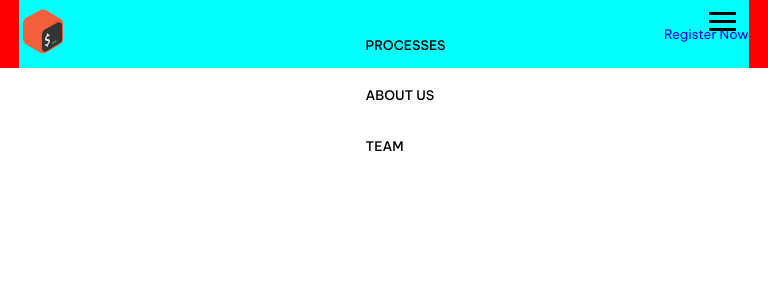
Repository: Esraa22M/Banking_Site
Page: index.html
These files come from the project's save history. The page is drawn as it stood at one moment and after the next save; the edit follows.
The browser window is 768 px wide. The pictures show the whole page.

Above is the page before, as saved 2022-10-30 18:07:50.

### index.html
<!DOCTYPE html>
<html lang="en">

<head>
    <meta charset="UTF-8">
    <meta http-equiv="X-UA-Compatible" content="IE=edge">
    <meta name="viewport" content="width=device-width, initial-scale=1.0">
    <title>Document</title>
    <!-- font family link -->
    <link rel="preconnect" href="https://fonts.googleapis.com">
    <link rel="preconnect" href="https://fonts.gstatic.com" crossorigin>
    <link href="https://fonts.googleapis.com/css2?family=Be+Vietnam+Pro:wght@400;500;700&display=swap" rel="stylesheet">
    <!-- external style sheet link -->
    <link rel="stylesheet" href="style.css">
</head>

<body>
    <header>
        <div class="navgation__wrapper container"> <a href="#"><img src="./images/logo.svg" /></a>
            <button class="humberger__button_toggle--container" aria-expanded="false"
                aria-controls="controls the navigation menu's open and closing">
                <span class="sr-only">Nagivation menu</span>
                <span class="button__close" aria-hidden="true">x</span>
                <span class="button__open" aria-hidden="true"></span>
            </button>
            <nav class="primary__navigation">
                <ul role="list" class="primary__navigation--list">
                    <li class="primary__navigation-item">
                        <a href="#section__1" class="primary__navigation-link">processes</a>
                    </li>
                    <li class="primary__navigation-item">
                        <a href="#section__2" class="primary__navigation-link">About us</a>
                    </li>
                    <li class="primary_navigation-item">
                        <a href="#section__3" class="primary__navigation-link">Team</a>
                    </li>

                </ul>
            </nav>
            <a href="#" class="button">Register Now</a>
        </div>
    </header>
</body>

</html>

### style.css
:root {
  --clr-accent-400: hsl(12, 88%, 59%);
  --clr-accent-100: hsl(13, 100%, 96%);
  --clr-primary-400: hsl(228, 39%, 23%);
  --clr-neutral-100: hsl(232, 12%, 13%);
  --clr-neutral-900: hsl(0 0% 0%);
  --ff-primary: "Be Vietnam Pro", sans-serif;
  --fw-regular: 400;
  --fw-semi-bold: 500;
  --fw-bold: 700;
  --fs-300: 0.8125rem;
  --fs-400: 0.875rem;
  --fs-500: 0.9375rem;
  --fs-600: 1rem;
  --fs-700: 1.875rem;
  --fs-800: 2.5rem;
  --fs-900: 3.5rem;
  /* fontsize setup for mobile screen and tablet */
  --fs-body: var(--fs-400);
  --fs-primary-heading: var(--fs-800);
  --fs-secondary-heading: var(--fs-700);
  --fs-nav: var(--fs-500);
  --fs-button: var(--fs-300);
}
/* for desktop screen size */
@media (min-width: 50em) {
  :root {
    --fs-body: var(--fs-600);
    --fs-primary-heading: var(--fs-900);
    --fs-secondary-heading: var(--fs-800);
    --fs-nav: var(--fs-300);
  }
}

/* style reseting refer to kevin powell */
/* Box sizing rules */
*,
*::before,
*::after {
  box-sizing: border-box;
}

/* Remove default margin */
* {
  margin: 0;
  padding: 0;
  font: inherit;
}

/* Remove list styles on ul, ol elements with a list role, which suggests default styling will be removed */
ul[role="list"],
ol[role="list"] {
  list-style: none;
}

/* Set core root defaults */
html:focus-within {
  scroll-behavior: smooth;
}

html,
body {
  font-family: var(--ff-primary);
  height: 100%;
  line-height: 1.5;
  font-size: var(--fs-body);
}
/* utility classes */
.sr-only {
  position: absolute;
  width: 1px;
  height: 1px;
  padding: 0;
  margin: -1px;
  overflow: hidden;
  clip: rect(0, 0, 0, 0);
  border: 0;
}
.container {
  /* content width setup */
  --max-width: 1120px;
  --margin: 5%;
  width: min(var(--max-width), 100% - var(--margin));
  margin-inline: auto;
}

/* navigation style */

header {
  position: relative;
  background-color: red;
}
.navgation__wrapper {
  display: flex;
  align-items: center;
  padding: 0.5em 0;
  justify-content: space-between;
  background-color: aqua;
  font-size: var(--fs-nav);
  line-height: 1.6rem;
  position: relative;
}
.primary__navigation--list {
  display: flex;
  gap: 2rem;
  flex-direction: column;
}
.navgation__wrapper a {
  text-decoration: none;
}
.primary__navigation-link {
  text-transform: uppercase;
  color: var(--clr-neutral-900);
  font-weight: var(--fw-semi-bold);
}
.primary__navigation-link:hover,
.primary__navigation-link:focus-within {
  color: var(--clr-primary-400);
}
/* humberger button and close humberger button style */

.humberger__button_toggle--container {
  position: absolute;
  top: 1.5em;
  background-color: transparent;
  border: none;
  outline: none;
  right: 1em;
}
.button__open::before,
.button__open::after,
.button__open {
  content: "";
  width: 2em;
  display: block;
  height: 3px;
  background-color: var(--clr-accent-100);
  cursor: pointer;
  position: relative;
  background-color: var(--clr-neutral-900);
}

.button__open::before {
  top: 0.6em;
}
.button__open::after {
  bottom: 0.8em;
}
.button__close {
  display: none;
}
/* media query for mobile screen */
@media (max-width: 50em) {
  /* navigation list style */
  .primary__navigation--list {
    position: absolute;
  }
}
@media (min-width: 50em) {
  /* navigation style */

  .navgation__wrapper > * {
    border: 1px solid blue;
  }
  .primary__navigation--list {
    gap: 6rem;
    flex-direction: row;
  }

  .humberger__button_toggle--container {
    display: none;
  }
}

### images/logo.svg
<svg xmlns="http://www.w3.org/2000/svg"  viewBox="0 0 48 48" width="48px" height="48px" fill-rule="evenodd" clip-rule="evenodd"><linearGradient id="FAKZ2g97PrDXJBy36-66Qa" x1="35.753" x2="11.271" y1="3.643" y2="46.048" gradientUnits="userSpaceOnUse"><stop offset="0" stop-color="#f9f9f9"/><stop offset=".26" stop-color="#f0f1f2"/><stop offset=".678" stop-color="#d9dcdf"/><stop offset="1" stop-color="#c2c8cc"/></linearGradient><path fill="hsl(12, 88%, 59%)" fill-rule="evenodd" d="M22.903,3.286c0.679-0.381,1.515-0.381,2.193,0	c3.355,1.883,13.451,7.551,16.807,9.434C42.582,13.1,43,13.804,43,14.566c0,3.766,0,15.101,0,18.867	c0,0.762-0.418,1.466-1.097,1.847c-3.355,1.883-13.451,7.551-16.807,9.434c-0.679,0.381-1.515,0.381-2.193,0	c-3.355-1.883-13.451-7.551-16.807-9.434C5.418,34.899,5,34.196,5,33.434c0-3.766,0-15.101,0-18.867	c0-0.762,0.418-1.466,1.097-1.847C9.451,10.837,19.549,5.169,22.903,3.286z" clip-rule="evenodd"/><path fill="hsl(12, 88%, 59%)" d="M23.987,46.221c-1.085,0-2.171-0.252-3.165-0.757c-2.22-1.127-5.118-2.899-7.921-4.613	c-1.973-1.206-3.836-2.346-5.297-3.157C5.381,36.458,4,34.113,4,31.572V16.627c0-2.59,1.417-4.955,3.699-6.173	c3.733-1.989,9.717-5.234,12.878-7.01l0,0c2.11-1.184,4.733-1.184,6.844,0c3.576,2.007,10.369,6.064,14.252,8.513	C43.13,12.874,44,14.453,44,16.182V32c0,2.4-0.859,4.048-2.553,4.895c-0.944,0.531-2.628,1.576-4.578,2.787	c-3.032,1.882-6.806,4.225-9.564,5.705C26.27,45.942,25.128,46.221,23.987,46.221z M21.556,5.188	C18.384,6.97,12.382,10.226,8.64,12.22C7.012,13.088,6,14.776,6,16.627v14.945c0,1.814,0.987,3.49,2.576,4.373	c1.498,0.832,3.378,1.981,5.369,3.199c2.77,1.693,5.634,3.445,7.783,4.536c1.458,0.739,3.188,0.717,4.631-0.056	c2.703-1.451,6.447-3.775,9.456-5.643c1.97-1.223,3.671-2.279,4.696-2.854C41.835,34.464,42,33.109,42,32V16.182	c0-1.037-0.521-1.983-1.392-2.532c-3.862-2.435-10.613-6.467-14.165-8.461C24.913,4.331,23.086,4.331,21.556,5.188L21.556,5.188z"/><path fill="#343434" d="M22.977,41.654L22.92,28.216c-0.011-2.594,1.413-4.981,3.701-6.204l12.01-6.416	c1.998-1.068,4.414,0.38,4.414,2.646v14.73c0,1.041-0.54,2.008-1.426,2.554l-14.068,8.668	C25.557,45.424,22.987,43.996,22.977,41.654z"/><linearGradient id="FAKZ2g97PrDXJBy36-66Qb" x1="32.281" x2="23.433" y1="26.55" y2="41.876" gradientUnits="userSpaceOnUse"><stop offset="0" stop-color="#f9f9f9"/><stop offset=".26" stop-color="#f0f1f2"/><stop offset=".678" stop-color="#d9dcdf"/><stop offset="1" stop-color="#c2c8cc"/></linearGradient><path fill="url(#FAKZ2g97PrDXJBy36-66Qb)" d="M28.799,26.274	c0.123-0.063,0.225,0.014,0.227,0.176l0.013,1.32c0.552-0.219,1.032-0.278,1.467-0.177c0.095,0.024,0.136,0.153,0.098,0.306	l-0.291,1.169c-0.024,0.089-0.072,0.178-0.132,0.233c-0.026,0.025-0.052,0.044-0.077,0.057c-0.04,0.02-0.078,0.026-0.114,0.019	c-0.199-0.045-0.671-0.148-1.413,0.228c-0.778,0.395-1.051,1.071-1.046,1.573c0.007,0.601,0.315,0.783,1.377,0.802	c1.416,0.023,2.027,0.643,2.042,2.067c0.016,1.402-0.733,2.905-1.876,3.826l0.025,1.308c0.001,0.157-0.1,0.338-0.225,0.4	l-0.775,0.445c-0.123,0.063-0.225-0.014-0.227-0.172l-0.013-1.286c-0.664,0.276-1.334,0.342-1.763,0.17	c-0.082-0.032-0.117-0.152-0.084-0.288l0.28-1.181c0.022-0.092,0.071-0.186,0.138-0.246c0.023-0.023,0.048-0.04,0.072-0.053	c0.044-0.022,0.087-0.027,0.124-0.013c0.462,0.155,1.053,0.082,1.622-0.206c0.722-0.365,1.206-1.102,1.198-1.834	c-0.007-0.664-0.366-0.939-1.241-0.946c-1.113,0.002-2.151-0.216-2.168-1.855c-0.014-1.35,0.688-2.753,1.799-3.641l-0.013-1.319	c-0.001-0.162,0.098-0.34,0.225-0.405L28.799,26.274z"/><path fill="#21a366" d="M37.226,34.857l-3.704,2.185c-0.109,0.061-0.244-0.019-0.244-0.143v-1.252	c0-0.113,0.061-0.217,0.16-0.273l3.704-2.185c0.111-0.061,0.246,0.019,0.246,0.145v1.248C37.388,34.697,37.326,34.801,37.226,34.857"/></svg>

After the next save:
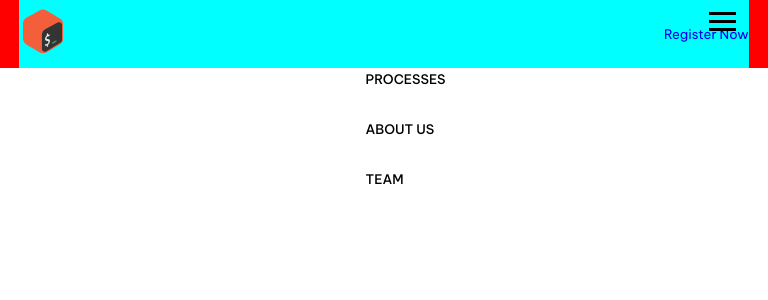
Saved 84 s later.
--- a/style.css
+++ b/style.css
@@ -154,6 +154,7 @@
   /* navigation list style */
   .primary__navigation--list {
     position: absolute;
+    top: 100%;
   }
 }
 @media (min-width: 50em) {
